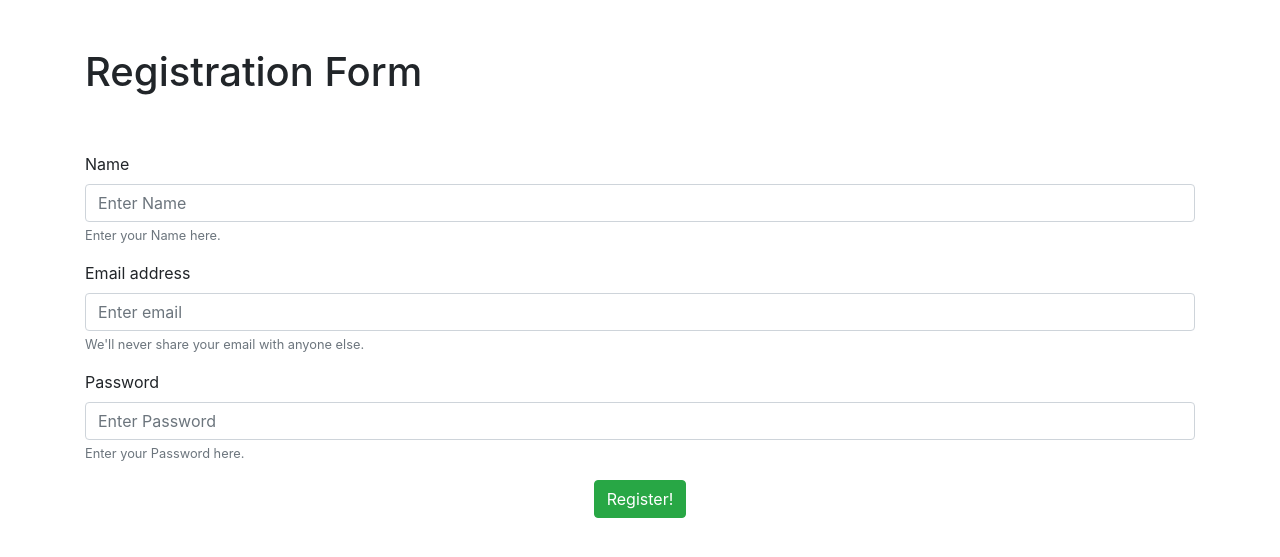
Repository: high-in-entropy/SpringFramework
Page: http://localhost/springmvc/WEB-INF/views/register.jsp
These files come from the project's save history. The page is drawn as it stood at one moment and after the next save; the edit follows.
The browser window is 1280 px wide. The pictures show the whole page.
Some web libraries are served in a nearby version. The page is served by Tomcat 9. Nobody is signed in. The template is opened directly, without the code that normally fills it, so the values that code supplies are empty.

Above is the page before, as saved 2021-08-24 05:45:38.

After the next save:
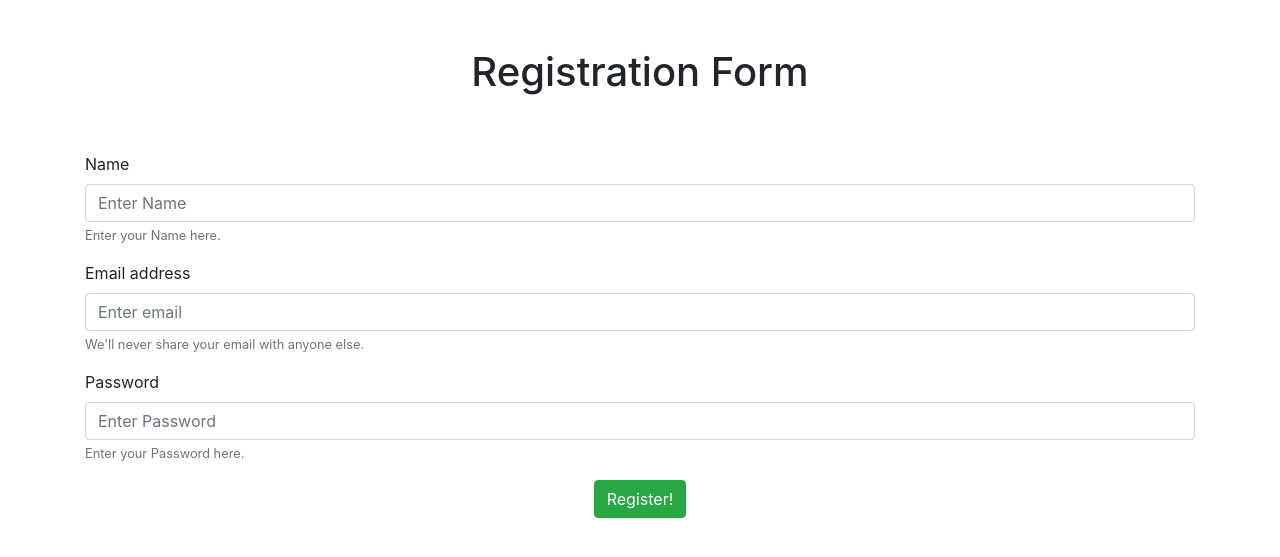
Saved 20 s later.
--- a/springmvc/src/main/webapp/WEB-INF/views/register.jsp
+++ b/springmvc/src/main/webapp/WEB-INF/views/register.jsp
@@ -15,7 +15,7 @@
   <body>
 
    <div class="container mt-5">
-   <h1>Registration Form</h1><br><br>
+   <h1 class="text-center">Registration Form</h1><br><br>
    <form action="processForm" method="post">
    		<div class="form-group">
    			<label for="userName">Name</label>
